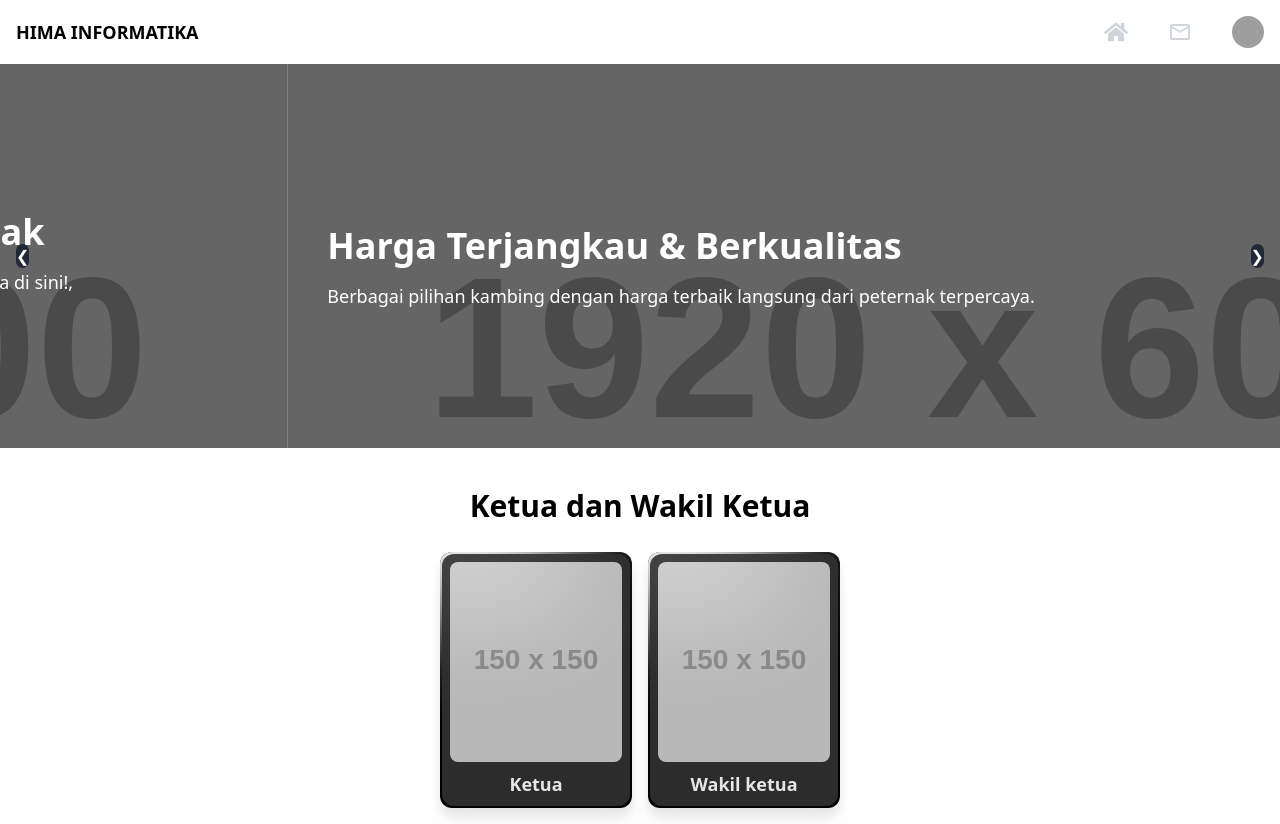
Repository: MUHAMADTEGARWIJAYA/himaif
Page: /
These files come from the project's save history. The page is drawn as it stood at one moment and after the next save; the edit follows.
The browser window is 1280 px wide. The pictures show the whole page.
Pictures or frames that could not be fetched are drawn as grey boxes. The project was rebuilt for these pictures with package versions that can differ from the ones it lists, and the page was loaded fresh each time. Also part of the build but not shown: vite.config.js.

Above is the page before, as saved 2024-12-21 14:05:15.

After the next save:
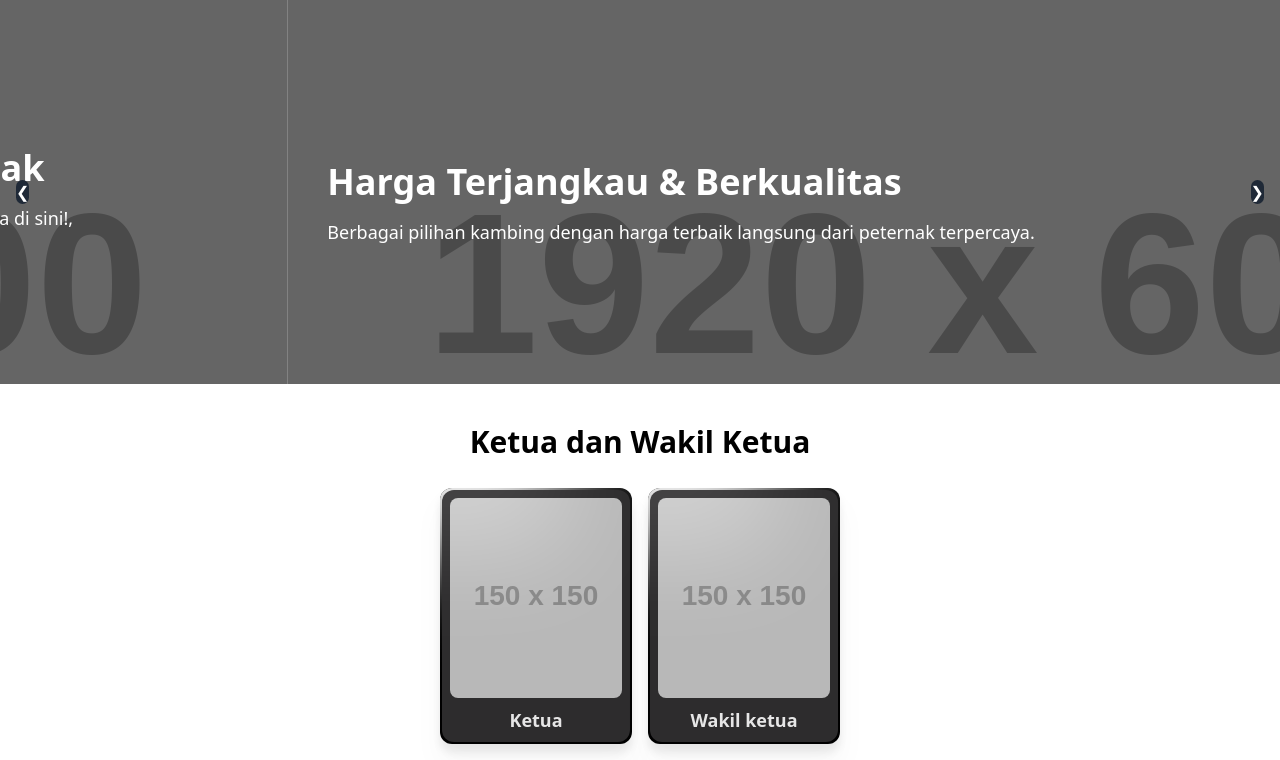
Saved 54 s later.
--- a/src/pages/Navbar.jsx
+++ b/src/pages/Navbar.jsx
@@ -24,7 +24,7 @@
   }, []);
 
   return (
-    <div className="relative">
+    <div className=" absolute">
       <div
         className={`flex items-center p-4 bg-transparent justify-between space-x-5 text-white transition-transform duration-300 ${
           isVisible ? "translate-y-0" : "-translate-y-full"

After the save that followed:
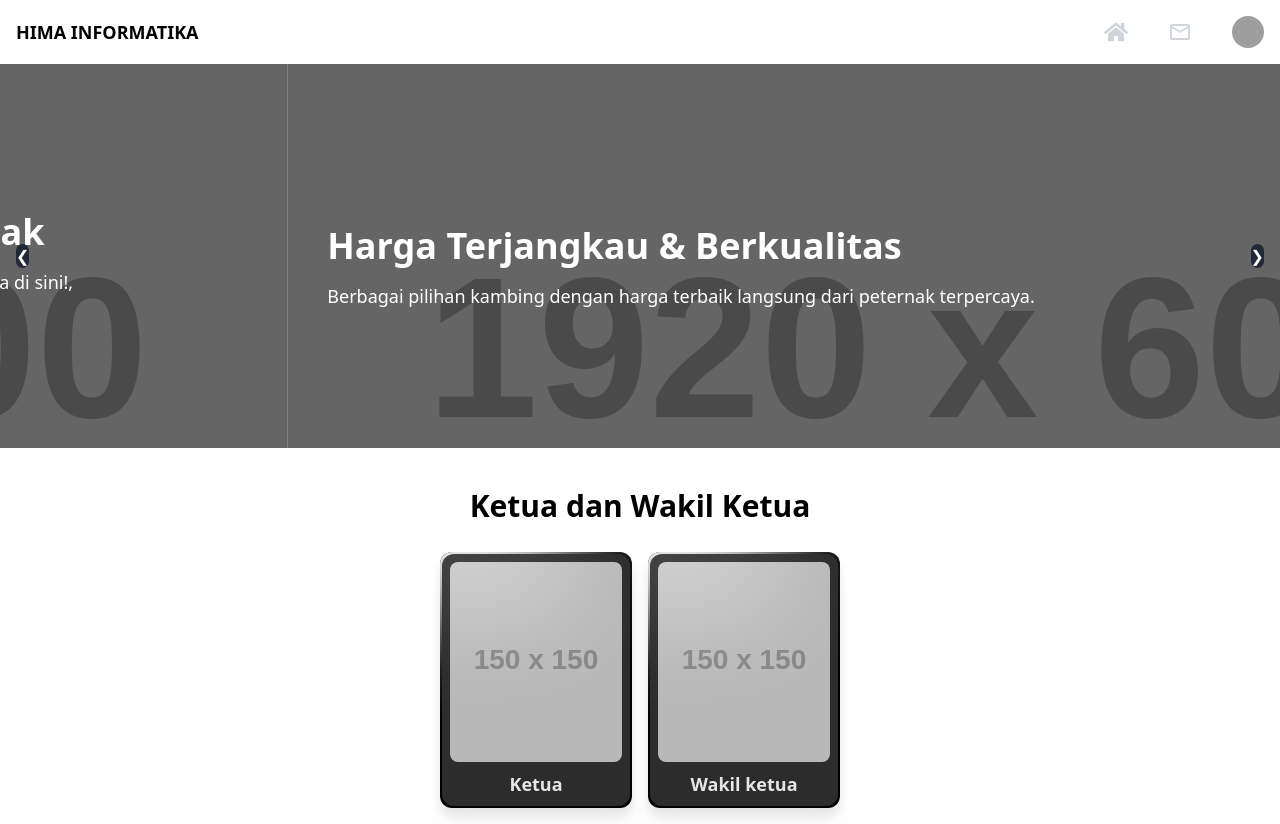
Saved 15 s later.
--- a/src/pages/Navbar.jsx
+++ b/src/pages/Navbar.jsx
@@ -24,7 +24,7 @@
   }, []);
 
   return (
-    <div className=" absolute">
+    <div className="">
       <div
         className={`flex items-center p-4 bg-transparent justify-between space-x-5 text-white transition-transform duration-300 ${
           isVisible ? "translate-y-0" : "-translate-y-full"
